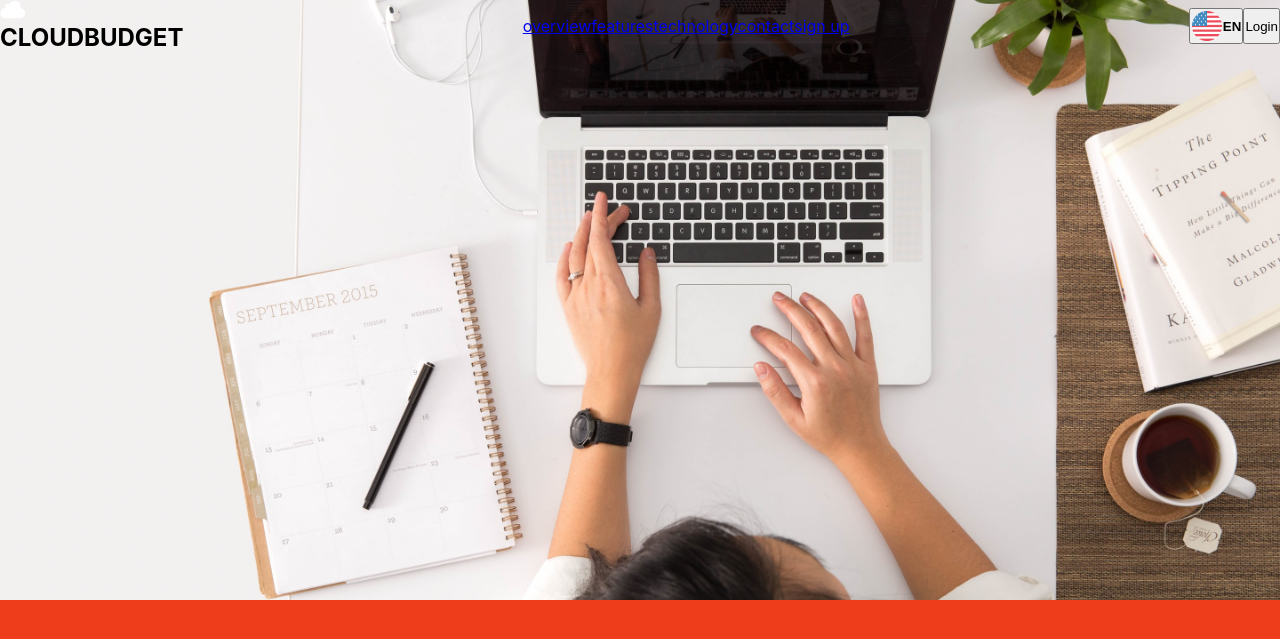
Repository: Ola-22/cloudBudget
Page: /
An editor plug-in stored every save of this project. The page is shown before and after the next save, followed by the edit.
The browser window is 1280 px wide. The pictures show the whole page.
The project was rebuilt for these pictures with package versions that can differ from the ones it lists, and the page was loaded fresh each time.

Above is the page before, as saved 2021-09-12 13:52:21.

After the next save:
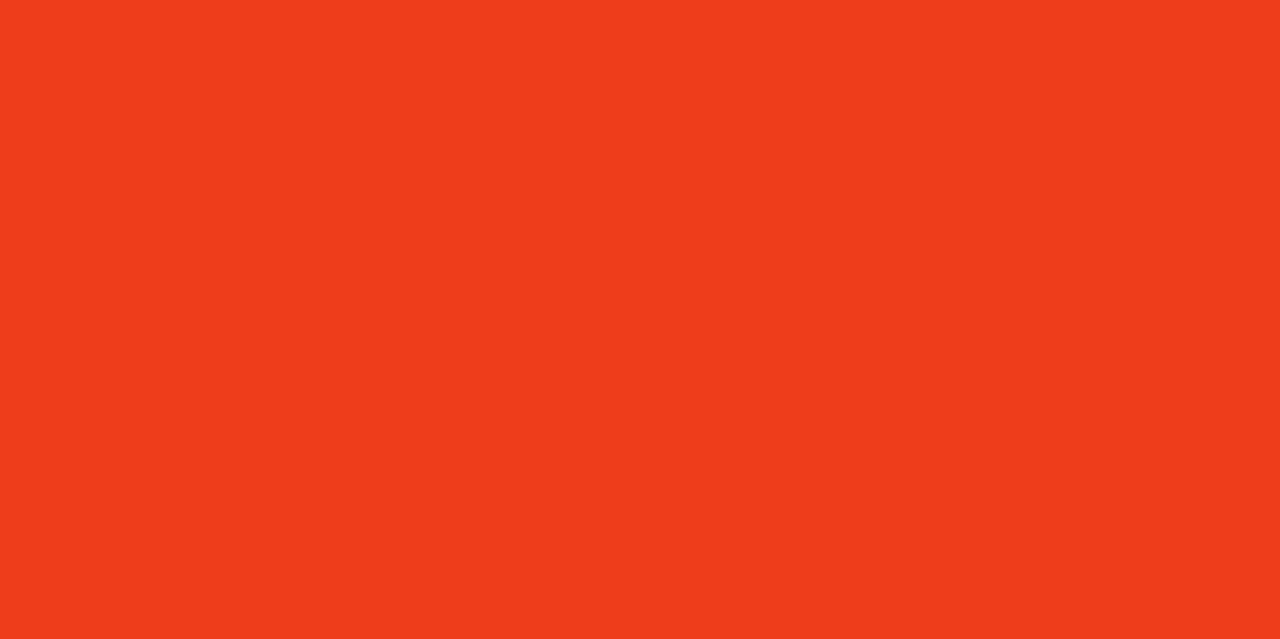
Saved 11 s later.
--- a/src/App.css
+++ b/src/App.css
@@ -21,6 +21,6 @@
   right: 0;
   bottom: 0;
   background-color: #EE3D1B;
-  z-index: -2;
+  /* z-index: -2;  */
   cursor: pointer;
 }

After the 3 saves that followed:
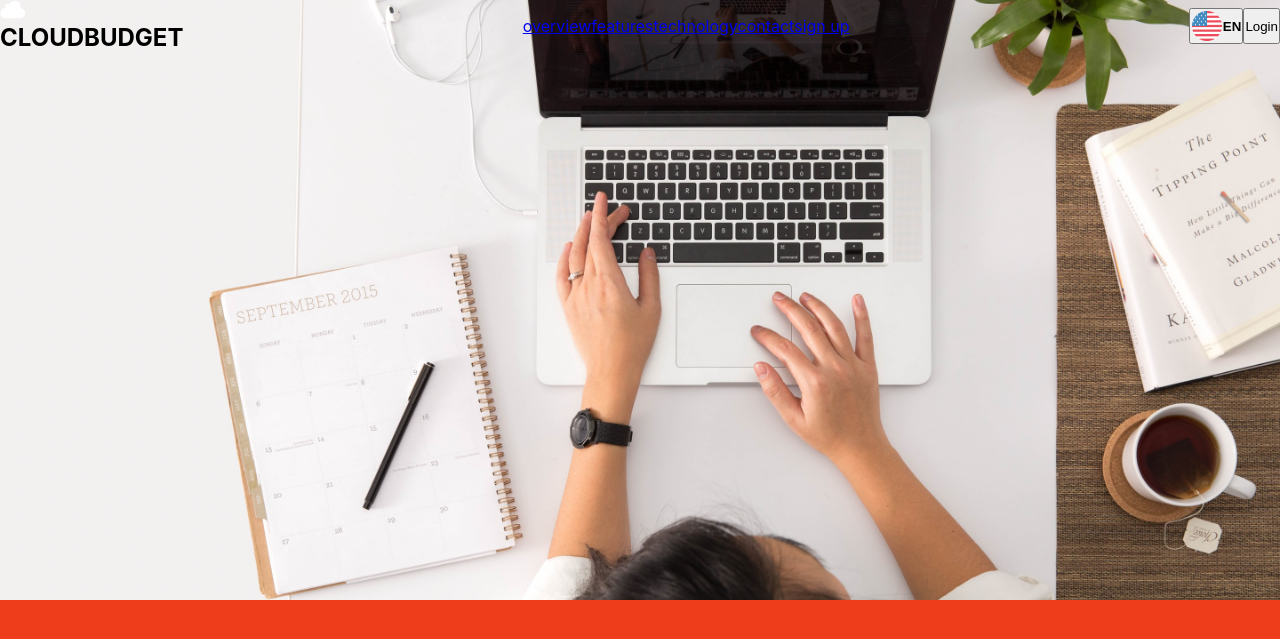
The 3 saves are shown as one change because 1 left the picture as it was and some came seconds apart.
The last was saved 18 s later.
--- a/src/App.css
+++ b/src/App.css
@@ -21,6 +21,6 @@
   right: 0;
   bottom: 0;
   background-color: #EE3D1B;
-  /* z-index: -2;  */
+  z-index: -2;
   cursor: pointer;
 }
